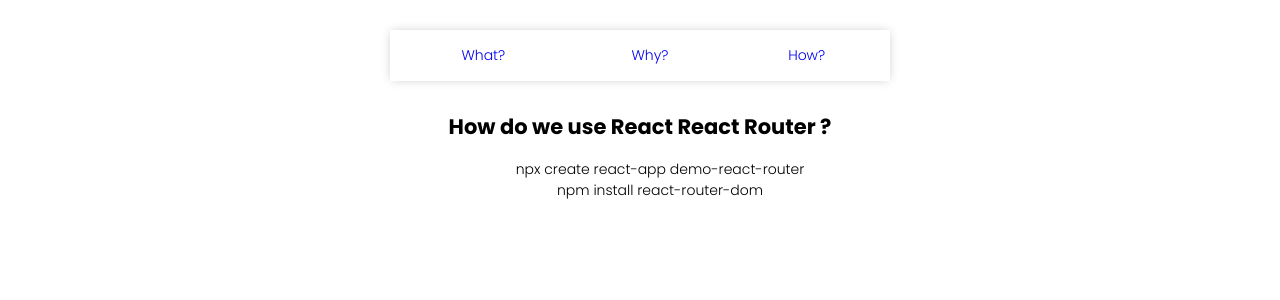
Repository: nguy3nds/2021-18-9-react
Page: /users
These files come from the project's save history. The page is drawn as it stood at one moment and after the next save; the edit follows.
The browser window is 1280 px wide. The pictures show the whole page.
The project was rebuilt for these pictures with package versions that can differ from the ones it lists, and the page was loaded fresh each time. Also part of the build but not shown: src/components/What.js, src/components/Why.js.

Above is the page before, as saved 2021-09-19 00:05:21.

### src/App.js
import React from "react";
import { BrowserRouter as Router, Switch, Route, Link } from "react-router-dom";
import "./App.css";
import What from "./components/What.js";
import How from "./components/Why";
import Why from "./components/How";

export default function App() {
  return (
    <Router>
      <div>
        <nav>
          <ul className="menu">
            <li class="menu-item has-child">
              <Link to="/">What?</Link>
            </li>
            <li className="menu-item has-child">
              <Link to="/about">Why?</Link>
            </li>
            <li className="menu-item has-child">
              <Link to="/users">How?</Link>
            </li>
          </ul>
        </nav>

        {/* A <Switch> looks through its children <Route>s and
            renders the first one that matches the current URL. */}
        <Switch>
          <Route path="/about">
            <How />
          </Route>
          <Route path="/users">
            <Why />
          </Route>
          <Route path="/">
            <What />
          </Route>
        </Switch>
      </div>
    </Router>
  );
}

### src/App.css
@import url("https://fonts.googleapis.com/css2?family=Poppins:wght@300;400;600;700&display=swap");
:root {
  --primary: #08aeea;
  --secondary: #13d2b8;
  --purple: #bd93f9;
  --pink: #ff6bcb;
  --blue: #8be9fd;
  --gray: #333;
  --font: "Poppins", sans-serif;
  --gradient: linear-gradient(40deg, #ff6ec4, #7873f5);
  --shadow: 0 0 15px 0 rgba(0, 0, 0, 0.05);
}
*,
*:before,
*:after {
  box-sizing: border-box;
}
html {
  font-size: 62.5%;
  text-align: center;
}

body {
  font-family: var(--font);
  font-size: 1.4rem;
  overflow-x: hidden;
  font-weight: 300;
  width: 500px;
  margin: 0 auto;
}

img {
  display: block;
  max-width: 100%;
}

a {
  text-decoration: none;
}

input,
button,
textarea,
select {
  font-family: var(--font);
  font-size: 1.4rem;
  font-weight: 300;
  outline: none;
  border: 0;
  margin: 0;
  padding: 0;
  border-radius: 0;
  -webkit-appearance: none;
}

button {
  cursor: pointer;
}

.menu {
  position: relative;
  max-width: 500px;
  margin: 30px auto;
  display: grid;
  grid-template-columns: 1fr 1fr 1fr;
  justify-content: center;
  background-color: white;
  padding: 1.5rem;
  box-shadow: 0 0 10px -2px rgba(0, 0, 0, 0.25);
}

.menu-link {
  font-size: 1.4rem;
  color: #918eae;
  display: block;
}
.menu-link:hover {
  color: #202842;
}

.menu-child-link {
  display: flex;
  align-items: center;
  justify-content: space-between;
  padding: 1.5rem;
  color: #918eae;
}
.menu-child-item {
  position: relative;
}
.menu-child-link:hover {
  color: #202842;
}

.menu-toggle {
  display: none;
}
.nav {
  position: relative;
}
.arrow-right {
  display: none;
}
@media screen and (min-width: 1024px) {
  .arrow-down {
    display: none;
  }
  .arrow-right {
    display: block;
  }
  .menu-item:not(:first-child) {
    margin-left: 2rem;
  }
  .menu-child {
    position: absolute;
    top: 100%;
    left: 0;
    margin-top: 1rem;
    min-width: 20rem;
    background-color: white;
    box-shadow: var(--shadow);
    display: none;
  }
  .menu-child:before {
    content: "";
    position: absolute;
    top: 0;
    left: 0;
    width: 100%;
    height: 1rem;
    background-color: transparent;
    transform: translateY(-100%);
  }
  .menu-child1 {
    top: 0;
    left: 100%;
    margin-top: 0;
  }
  .menu-item.has-child:hover > .menu-child {
    display: block;
  }
  .menu-child-item.has-child:hover > .menu-child {
    display: block;
  }
}

ul li {
  list-style: none;
}
@media screen and (max-width: 1023px) {
  .menu {
    position: absolute;
    right: 0;
    top: 100%;
    min-width: 20rem;
    background-color: white;
    box-shadow: var(--shadow);
    flex-direction: column;
    display: none;
    z-index: 100;
  }
  .menu.show,
  .menu-child.show {
    display: block;
  }
  .menu-item:not(:last-child) {
    border-bottom: 1px solid #eee;
  }
  .menu-link {
    padding: 1.5rem;
    display: flex;
    justify-content: space-between;
    align-items: center;
  }
  .menu-child {
    display: none;
    background-color: #f6f6f6;
  }
  .menu-child1 {
    background-color: #eee;
  }
  .menu-toggle {
    width: max-content;
    font-size: 2rem;
    display: block;
    margin-left: auto;
    cursor: pointer;
  }
}

### src/components/How.js
export default function How() {
  return (
    <div>
      <h2>How do we use React React Router ?</h2>
      <ul>
        <li>npx create react-app demo-react-router</li>
        <li>npm install react-router-dom</li>
      </ul>
    </div>
  );
}

Loaded but not shown: public/index.html (common file); src/index.js (common file); src/index.css (common file); src/reportWebVitals.js (common file)

After the next save:
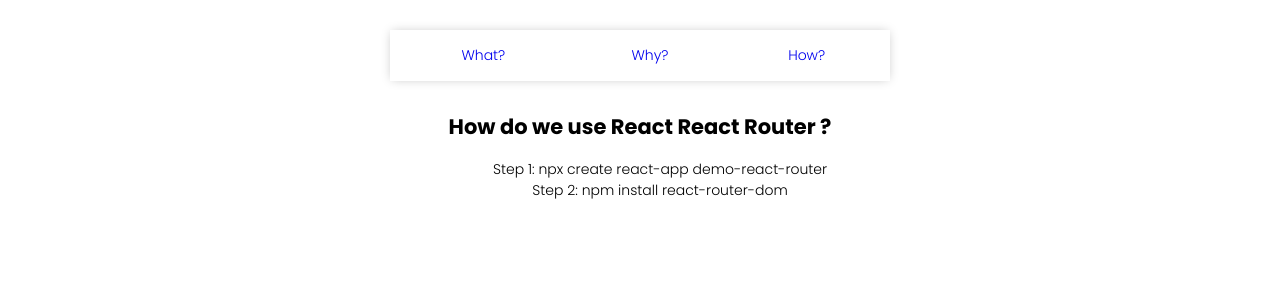
Saved 20 s later.
--- a/src/components/How.js
+++ b/src/components/How.js
@@ -3,8 +3,8 @@ export default function How() {
     <div>
       <h2>How do we use React React Router ?</h2>
       <ul>
-        <li>npx create react-app demo-react-router</li>
-        <li>npm install react-router-dom</li>
+        <li>Step 1: npx create react-app demo-react-router</li>
+        <li>Step 2: npm install react-router-dom</li>
       </ul>
     </div>
   );
